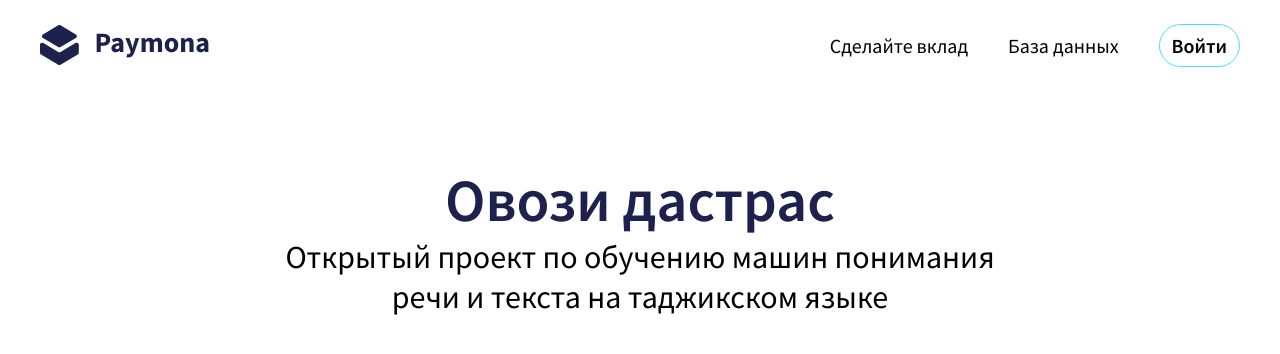
Repository: Amin444/Paymona-Sadp
Page: index.html
An editor plug-in stored every save of this project. The page is shown before and after a run of saves, followed by the edit.
The browser window is 1280 px wide. The pictures show the whole page.

Above is the page before, as saved 2021-11-11 14:24:32.

### index.html
<!DOCTYPE html>
<html lang="en">
<head>
  <meta charset="UTF-8">
  <link rel="stylesheet" href="./style.css">
  <meta http-equiv="X-UA-Compatible" content="IE=edge">
  <meta name="viewport" content="width=device-width, initial-scale=1.0">
  <title>Paymona Sado</title>
</head>
<body>

  <div class="root">
     <div class="header">
       <div class="logoBlock">
         <img src="./img/logo.svg" class="logo" alt="">
         <p class='textLogo'>Paymona</p>
       </div>

       <div class="menu">
          <div class="items">Сделайте вклад</div>
          <div class="items">База данных</div>
          <div class="items border">Войти</div>
       </div>

     </div>

     <div class="title">
        <h1>Овози дастрас</h1>
        <p class="desc">Открытый проект по обучению машин понимания <br> речи и текста на таджикском языке</p>
     </div>

  </div>

</body>
</html>

### style.css
@import url('https://fonts.googleapis.com/css2?family=Source+Sans+Pro:ital,wght@0,200;0,300;0,400;0,600;0,700;0,900;1,200;1,300;1,400;1,600;1,700;1,900&display=swap');

*{
  margin: 0;
  padding: 0;
  border: none;
  outline: none;
  font-family: 'Source Sans Pro', sans-serif;
  font-weight: 500;

}

.root{
  width: 100vw;
}
.header{
  height: 90px;
  padding: 0 40px;
  display: flex;
  align-items: center;
  justify-content: space-between;
}

.textLogo{
  color: #1D214E;
  font-weight: 700;
  font-size: 28px;
  line-height: 35px;
}

.logo{
  width: 40px;
  height: 40px;
}
.logoBlock{
  width:170px;
  display: flex;
  justify-content: space-between;
}
.menu{
  display: flex;
  gap: 40px;
  align-items: center;
  font-weight: 400;
  font-size: 20px;
  line-height:25px;
}
.items{
  cursor: pointer;
}
.border{
  padding: 8px 12px;
  border: 1px solid rgba(73, 222, 255, 1);
  border-radius: 50px;
  font-weight: 600;
}
.title{
  margin-top: 72px;
  display: flex;
  flex-direction: column;
  align-items: center;
}

h1{
  color: rgba(29, 33, 78, 1);
  font-weight: 600;
  font-size: 60px;
  line-height:75px;
}
.desc{
  font-weight: 400;
  font-size: 32px;
  text-align: center;
}

### img/logo.svg
<svg width="24" height="24" viewBox="0 0 24 24" fill="none" xmlns="http://www.w3.org/2000/svg">
<path d="M23.2727 11.9119V16.6433C23.2731 16.8543 23.2169 17.0618 23.1094 17.2464C23.0019 17.4309 22.8466 17.5864 22.6582 17.6981L12.3229 23.8128C12.1153 23.9351 11.8758 24 11.6314 24C11.387 24 11.1475 23.9351 10.9399 23.8128L0.616444 17.6943C0.427833 17.5828 0.272261 17.4273 0.164406 17.2428C0.0565516 17.0583 -2.98523e-05 16.8507 1.18183e-08 16.6396V11.9119C-3.13489e-05 11.6902 0.0623511 11.4726 0.180679 11.2816C0.299007 11.0906 0.468973 10.9331 0.672954 10.8255C0.876934 10.7179 1.1075 10.6641 1.34075 10.6696C1.574 10.6752 1.80144 10.7399 1.99949 10.8571L10.9399 16.1535C11.1475 16.2758 11.387 16.3407 11.6314 16.3407C11.8758 16.3407 12.1153 16.2758 12.3229 16.1535L21.2653 10.8571C21.4634 10.7373 21.6918 10.6704 21.9264 10.6636C22.1611 10.6567 22.3934 10.71 22.5989 10.818C22.8043 10.9259 22.9754 11.0845 23.0939 11.277C23.2125 11.4695 23.2743 11.6888 23.2727 11.9119Z" fill="#1D214E"/>
<path d="M10.9383 13.2688L1.76081 7.81102C1.57388 7.69908 1.41986 7.54397 1.31312 7.36018C1.20638 7.17639 1.15039 6.96991 1.15039 6.76C1.15039 6.5501 1.20638 6.34361 1.31312 6.15982C1.41986 5.97603 1.57388 5.82093 1.76081 5.70898L10.9344 0.193005C11.1431 0.0669478 11.3854 0 11.6328 0C11.8802 0 12.1224 0.0669478 12.3312 0.193005L21.5107 5.70898C21.6976 5.82093 21.8516 5.97603 21.9584 6.15982C22.0651 6.34361 22.1211 6.5501 22.1211 6.76C22.1211 6.96991 22.0651 7.17639 21.9584 7.36018C21.8516 7.54397 21.6976 7.69908 21.5107 7.81102L12.3253 13.2688C12.1173 13.3921 11.877 13.4575 11.6318 13.4575C11.3866 13.4575 11.1463 13.3921 10.9383 13.2688Z" fill="#1D214E"/>
</svg>

After the next 3 saves:
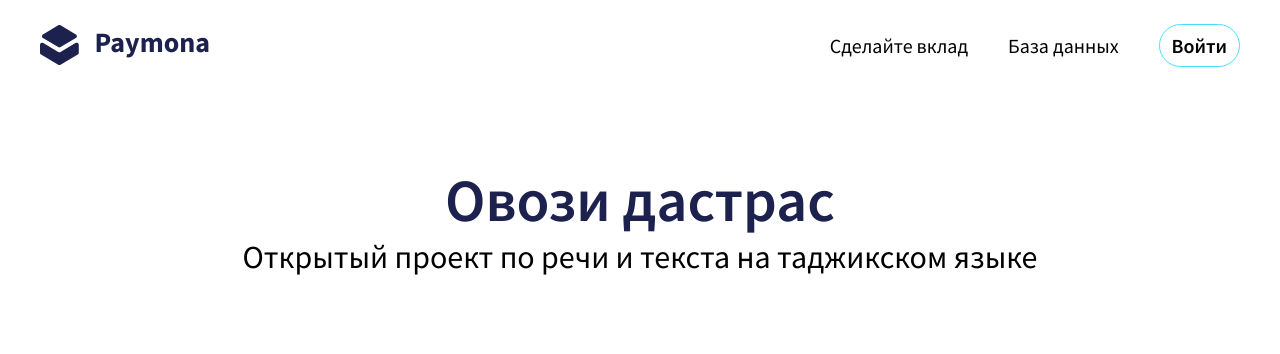
The 3 saves are shown as one change because they came seconds apart.
The last was saved 13 s later.
--- a/index.html
+++ b/index.html
@@ -26,7 +26,7 @@
 
      <div class="title">
         <h1>Овози дастрас</h1>
-        <p class="desc">Открытый проект по обучению машин понимания <br> речи и текста на таджикском языке</p>
+        <p class="desc">Открытый проект по <blueобучению машин понимания <br> речи и текста на таджикском языке</p>
      </div>
 
   </div>

After the save that followed:
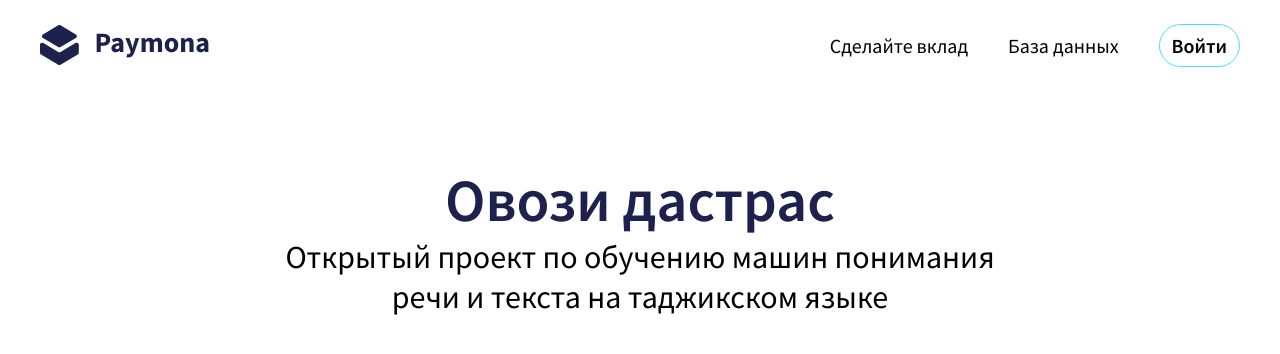
Saved 4 s later.
--- a/index.html
+++ b/index.html
@@ -26,7 +26,7 @@
 
      <div class="title">
         <h1>Овози дастрас</h1>
-        <p class="desc">Открытый проект по <blueобучению машин понимания <br> речи и текста на таджикском языке</p>
+        <p class="desc">Открытый проект по <blue></blue>обучению машин понимания <br> речи и текста на таджикском языке</p>
      </div>
 
   </div>
